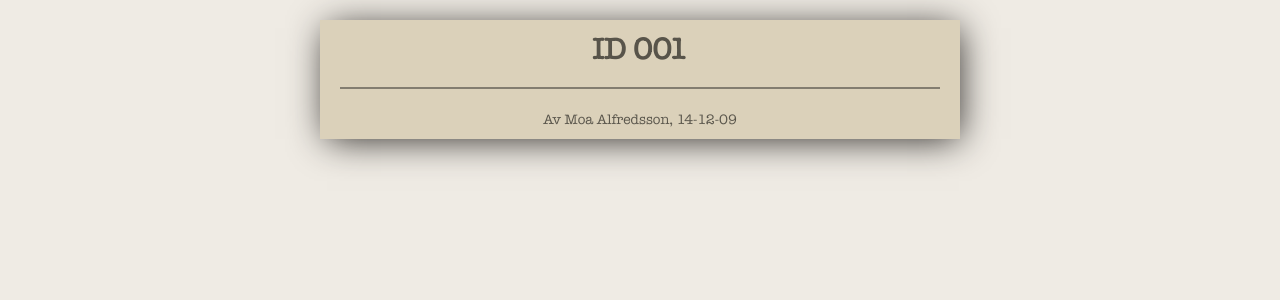
Repository: ma223md/1dv404_lab4_ma223md
Page: index.html
The author's editor kept a record of every edit. The page is drawn from the files as they stood at one moment, then again after the next edit.
The browser window is 1280 px wide. The pictures show the whole page.

Above is the page before.

After the next edit:
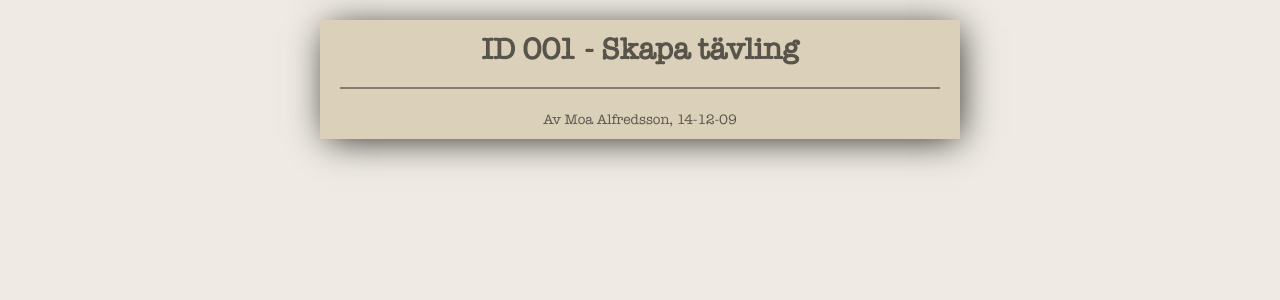
The edit:
--- a/index.html
+++ b/index.html
@@ -12,7 +12,7 @@
     <body>
         <div id="container">
             <header>
-                <h1>ID 001</h1>
+                <h1>ID 001 - Skapa tävling</h1>
             </header>
             <main>
             </main>
